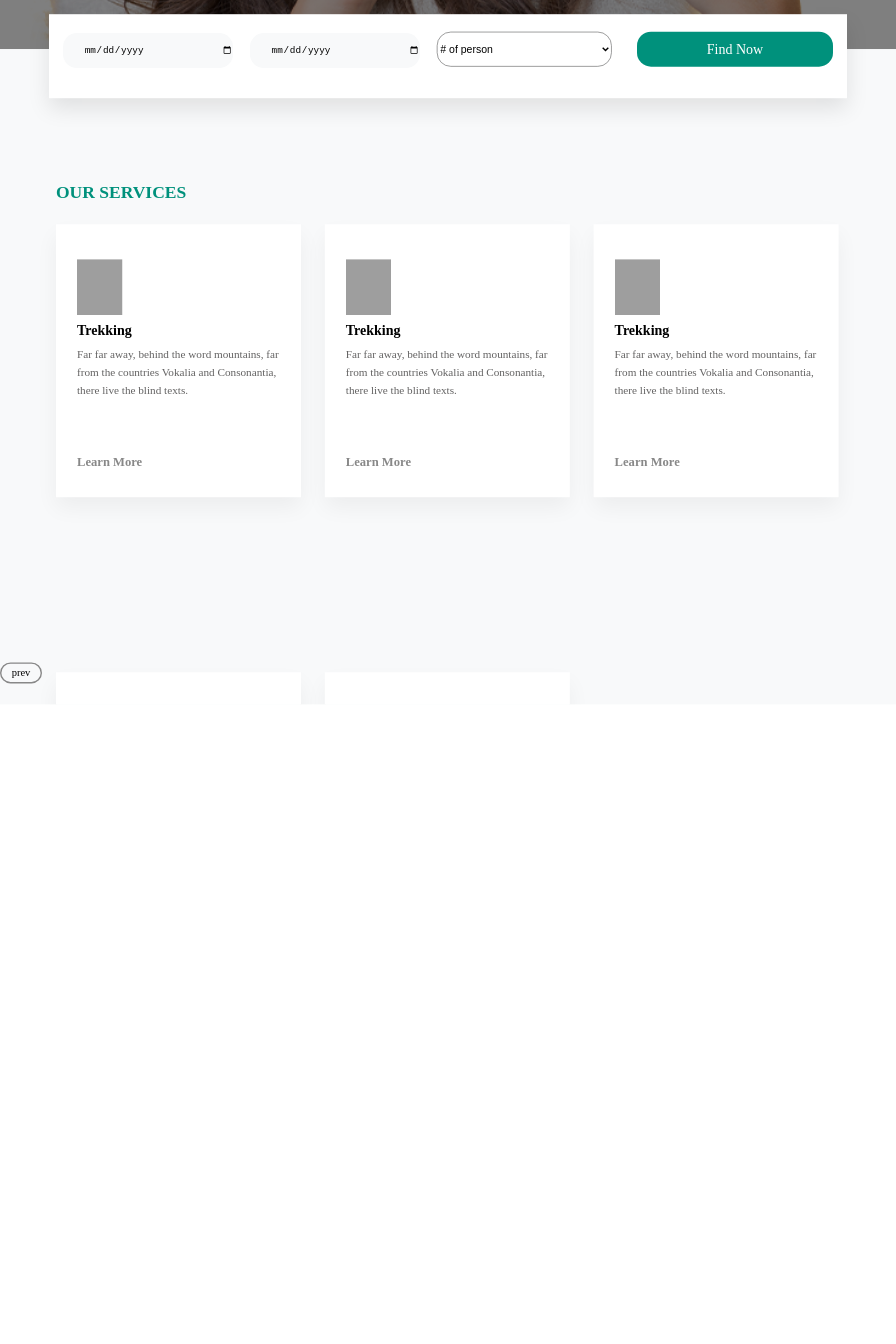
Repository: nhutduy0803/template1
Page: index.html
An editor plug-in stored every save of this project. The page is shown before and after a run of saves, followed by the edit.
The browser window is 1280 px wide. The pictures show the part of the page from y = 866 to 2786 px (the page is 5000 px tall), at 70% of full size.
Pictures or frames that could not be fetched are drawn as grey boxes.

Above is the page before, as saved 2021-11-28 13:32:21.

### index.html
<!DOCTYPE html>
<html lang="en">
  <head>
    <meta charset="UTF-8" />
    <meta http-equiv="X-UA-Compatible" content="IE=edge" />
    <meta name="viewport" content="width=device-width, initial-scale=1.0" />
    <title>TEMPLATE</title>
    <link rel="stylesheet" href="./assets/css/style.css" />
    <link
      rel="stylesheet"
      href="./assets/css/font/fontawesome-free-5.15.4-web/css/all.min.css"
    />
  </head>
  <body>
    <div id="main">
      <div class="slider">
        <div class="header">
          <h2>Hotell</h2>
          <div class="nav">
            <ul>
              <li>Home</li>
              <li>
                Destination
                <i class="fas fa-chevron-down"></i>
                <div class="subnav-one">
                  <ul class="sub-nav">
                    <span>Menu one</span>
                    <span>Menu two</span>
                    <span
                      >Dropdown <i class="fas fa-angle-right"></i>
                      <ul class="sub-nav-two">
                        <span>Menu one</span>
                        <span>Menu two</span>
                        <span>Menu three</span>
                      </ul>
                    </span>
                  </ul>
                </div>
              </li>
              <li>Services</li>
              <li>About</li>
              <li>Contact</li>
            </ul>
            <h3><i class="fas fa-phone-alt"></i> 123 489 9381</h3>
            <p>Once a year go someplace <br />you've never been before.</p>
            <a class="seevideo" href="#">See video</a>
          </div>
          <div class="modal-slider">
            <input type="date" name="" id="" />
            <input type="date" />
            <div class="select-person">
              <select id="number-of-person" class="form-control">
                <option value="#of person"># of person</option>
                <option value="0">0</option>
                <option value="1">1</option>
                <option value="2">2</option>
                <option value="3">3</option>
                <option value="4">4</option>
                <option value="5">5</option>
              </select>
            </div>
            <div class="find-now">Find Now</div>
          </div>
        </div>
        <!-- <img src="./assets/css/img/slider.webp" alt="" /> -->
      </div>
      <div class="card">
        <h2>OUR SERVICES</h2>
        <div class="card-children">
          <div class="img-card">
            <img src="./assets/css/img/trekking.png" alt="" />
          </div>
          <h3>Trekking</h3>
          <p>
            Far far away, behind the word mountains, far from the countries
            Vokalia and Consonantia, there live the blind texts.
          </p>
          <a href="#">Learn More</a>
        </div>
        <div class="card-children">
          <div class="img-card">
            <img src="./assets/css/img/trekking.png" alt="" />
          </div>
          <h3>Trekking</h3>
          <p>
            Far far away, behind the word mountains, far from the countries
            Vokalia and Consonantia, there live the blind texts.
          </p>
          <a href="#">Learn More</a>
        </div>
        <div class="card-children">
          <div class="img-card">
            <img src="./assets/css/img/trekking.png" alt="" />
          </div>
          <h3>Trekking</h3>
          <p>
            Far far away, behind the word mountains, far from the countries
            Vokalia and Consonantia, there live the blind texts.
          </p>
          <a href="#">Learn More</a>
        </div>
        <div class="card-children">
          <div class="img-card">
            <img src="./assets/css/img/trekking.png" alt="" />
          </div>
          <h3>Trekking</h3>
          <p>
            Far far away, behind the word mountains, far from the countries
            Vokalia and Consonantia, there live the blind texts.
          </p>
          <a href="#">Learn More</a>
        </div>
        <div class="card-children">
          <div class="img-card">
            <img src="./assets/css/img/trekking.png" alt="" />
          </div>
          <h3>Trekking</h3>
          <p>
            Far far away, behind the word mountains, far from the countries
            Vokalia and Consonantia, there live the blind texts.
          </p>
          <a href="#">Learn More</a>
        </div>
        <div class="prev">prev</div>
        <div class="next">next</div>
      </div>
    </div>
    <script>
      var slide = document.querySelector(".card-children");
      var uparrow = document.querySelector;
    </script>
  </body>
</html>

### assets/css/style.css
* {
  margin: 0;
  padding: 0;
  box-sizing: border-box;
}

html {
  scroll-behavior: smooth;
}

#main {
  width: 100%;
  height: 5000px;
  background: #fff;
}
.header img {
  width: 100%;
  height: 100%;
}

.header {
  position: relative;
  width: 100%;
  height: 130vh;
  background: linear-gradient(rgba(0, 0, 0, 0.5), rgba(0, 0, 0, 0.5)),
    url("./img/slider.webp") top center / cover no-repeat;
}

.header h3 {
  position: absolute;
  top: 45px;
  right: 100px;
  color: #fff;
  font-size: 15px;
}

.header h2 {
  color: #fff;
  top: 40px;
  position: absolute;
  left: 50px;
}

.nav ul li {
  transition: 0.2s;
  margin: 0 10px;
  display: inline-block;
  color: rgba(221, 221, 221, 0.705);
}

.nav li:hover {
  transition: 0.2s;
  color: #fff;
}

.nav ul li:nth-child(1) {
  color: #fff;
}

.nav {
  padding-top: 45px;
  text-align: center;
}

ul .fa-chevron-down {
  font-size: 10px;
}

.nav ul li:nth-child(2) {
  position: relative;
  transition: 0.3s;
  margin: 0 -35px;
}

.nav ul li:nth-child(2):hover .sub-nav {
  opacity: 1;
  bottom: 10px;
}

.sub-nav {
  border-radius: 10px;
  background: #fff;
  height: 130px;
  width: 180px;
  position: absolute;
  color: #000;
  opacity: 0;
  transition: 0.3s;
  bottom: 0;
}

.subnav-one {
  position: relative;
  height: 150px;
  width: 180px;
}

.sub-nav span {
  padding-right: 70px;
  padding-top: 20px;
  display: block;
}

.sub-nav span:hover {
  color: #00917c;
  transition: 0.2s;
}

.sub-nav span .fa-angle-right {
  position: absolute;
  right: 20px;
}

.sub-nav span:nth-child(3) {
  position: relative;
}

.sub-nav span:nth-child(3):hover .sub-nav-two {
  opacity: 1;
  margin-top: -25px;
}

.sub-nav-two {
  margin-top: 0px;
  margin-left: 180px;
  background: #fff;
  height: 130px;
  width: 180px;
  position: absolute;
  border-radius: 10px;
  color: #000;
  opacity: 0;
  transition: 0.3s;
}

.fa-phone-alt {
  position: absolute;
  left: -55px;
  top: -9px;
  background: rgba(255, 255, 255, 0.2);
  border-radius: 50%;
  height: 40px;
  width: 40px;
  padding-top: 13px;
  color: #fff;
  transition: 0.2s;
  font-size: 15px;
}

.fa-phone-alt:hover {
  border: 2px solid #fff;
  transition: 0.2s;
}

.header p {
  transform: translate(-50%);
  left: 50%;
  color: #fff;
  position: absolute;
  top: 350px;
  font-size: 50px;
}

.seevideo {
  position: absolute;
  top: 500px;
  left: 50%;
  transform: translate(-50%);
  width: 120px;
  height: 50px;
  background: #00917c;
  color: #fff;
  border-radius: 25px;
  display: flex;
  justify-content: center;
  align-items: center;
  text-decoration: none;
  font-size: 17px;
}

.modal-slider {
  z-index: 2;
  width: 1140px;
  height: 120px;
  background: #fff;
  position: absolute;
  bottom: -70px;
  left: 50%;
  transform: translate(-50%);
  box-shadow: 0 15px 30px 0 rgb(0 0 0 / 10%);
}

.modal-slider input {
  margin-top: 27px;
  margin-left: 50px;
  border-radius: 20px;
  background: #f8f9fa;
  padding-left: 30px;
  border: none;
  height: 50px;
  width: 243px;
}

.modal-slider ::-webkit-input-placeholder {
  color: rgba(0, 0, 0, 0.726);
  font-size: 15px;
}

.modal-slider .fa-calendar-alt {
  margin-left: -30px;
}

.modal-slider input {
  margin-left: 20px;
}

.date {
  position: absolute;
  top: 0px;
  width: 200px;
  height: 300px;
  background: #fff;
  z-index: 1;
}

.select-person {
  background: #f8f9fa;
  border-radius: 20px;
  height: 50px;
  width: 250px;
  display: inline-block;
  color: #000;
  margin-left: 20px;
}

.form-control {
  border-radius: 20px;
  background: #fff;
  height: 50px;
  width: 250px;
  color: #000;
  font-size: 15px;
}

.find-now {
  position: absolute;
  right: 20px;
  background: #00917c;
  border-radius: 20px;
  height: 50px;
  width: 280px;
  display: inline-block;
  display: flex;
  justify-content: center;
  align-items: center;
  color: #fff;
  top: 25px;
  font-size: 20px;
}

.find-now:active {
  border: 3px solid #3cc7b2;
}

.card {
  height: 130vh;
  width: 100%;
  background: #f8f9fa;
  position: relative;
  overflow: hidden;
}

.card h2 {
  font-weight: 700;
  position: absolute;
  left: 80px;
  top: 190px;
  font-size: 25px;
  color: #00917c;
}

.card-children {
  margin-right: -50px;
  margin-left: 80px;
  margin-top: 250px;
  background: #fff;
  height: 390px;
  width: 350px;
  box-shadow: 0 15px 30px 0 rgb(0 0 0 / 5%);
  display: inline-block;
}

.img-card {
  margin-top: 50px;
  margin-left: 30px;
  width: 65px;
  height: 80px;
}

.img-card img {
  width: 100%;
  height: 100%;
}

.card-children h3 {
  margin-top: 10px;
  margin-left: 30px;
  font-size: 20px;
}

.card-children p {
  margin-top: 10px;
  margin-left: 30px;
  color: #535252e8;
  line-height: 1.6;
  margin-bottom: 80px;
}

.card-children a {
  margin-left: 30px;
  text-decoration: none;
  font-size: 18px;
  color: #888888;
  font-weight: 600;
}

.card-children a:hover {
  color: #000;
}

.card-children2 {
  position: absolute;
  left: 400px;
}

.prev {
  position: absolute;
  bottom: 30px;
  border: 2px solid #888888;
  height: 30px;
  width: 60px;
  display: flex;
  justify-content: center;
  align-items: center;
  border-radius: 15px;
  font-size: 15px;
}

Loaded but not shown: assets/css/font/fontawesome-free-5.15.4-web/css/all.min.css (library)

After the next 3 saves:
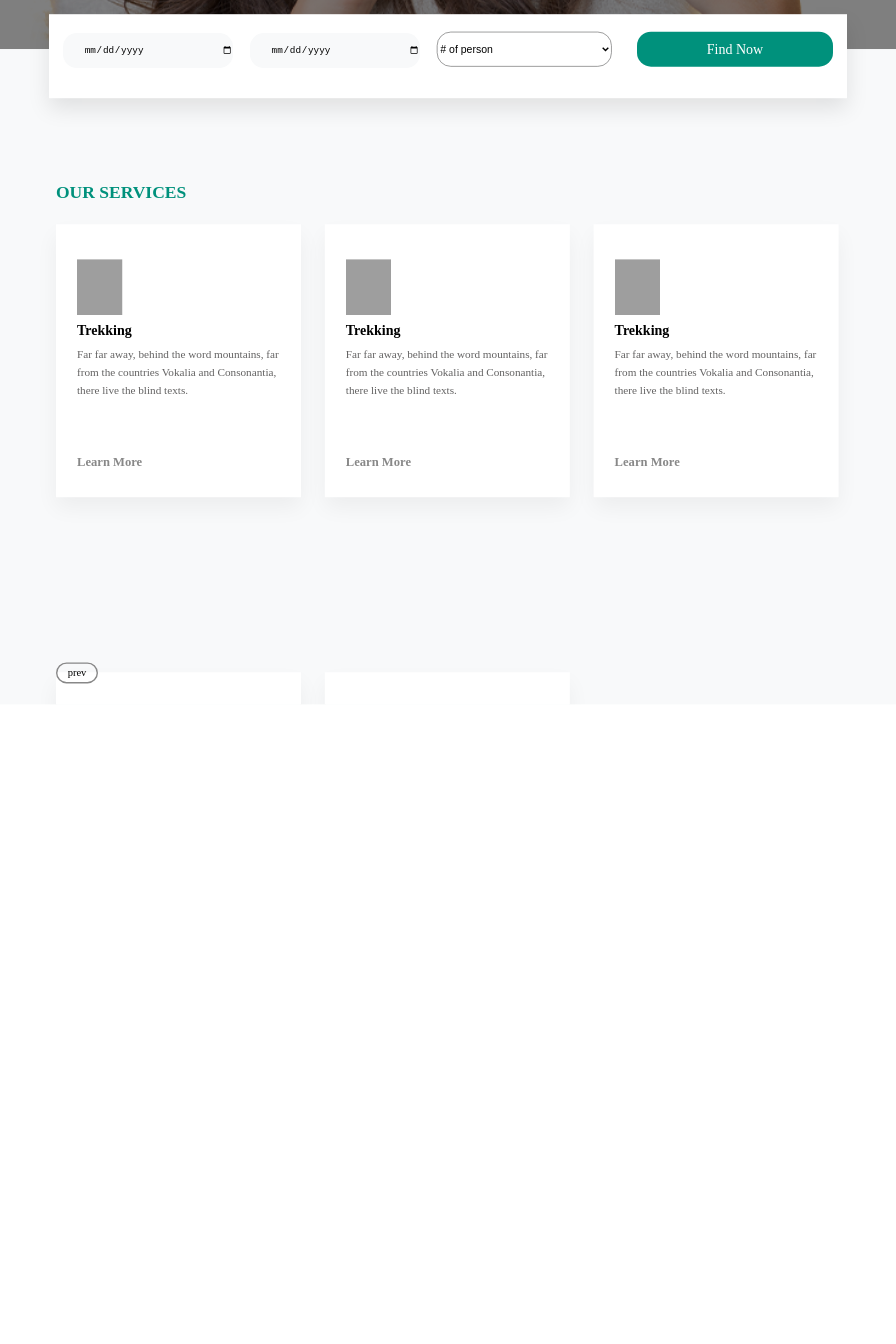
The 3 saves are shown as one change because they came seconds apart.
The last was saved 24 s later.
--- a/assets/css/style.css
+++ b/assets/css/style.css
@@ -334,6 +334,7 @@
 }
 
 .prev {
+  left: 80px;
   position: absolute;
   bottom: 30px;
   border: 2px solid #888888;
